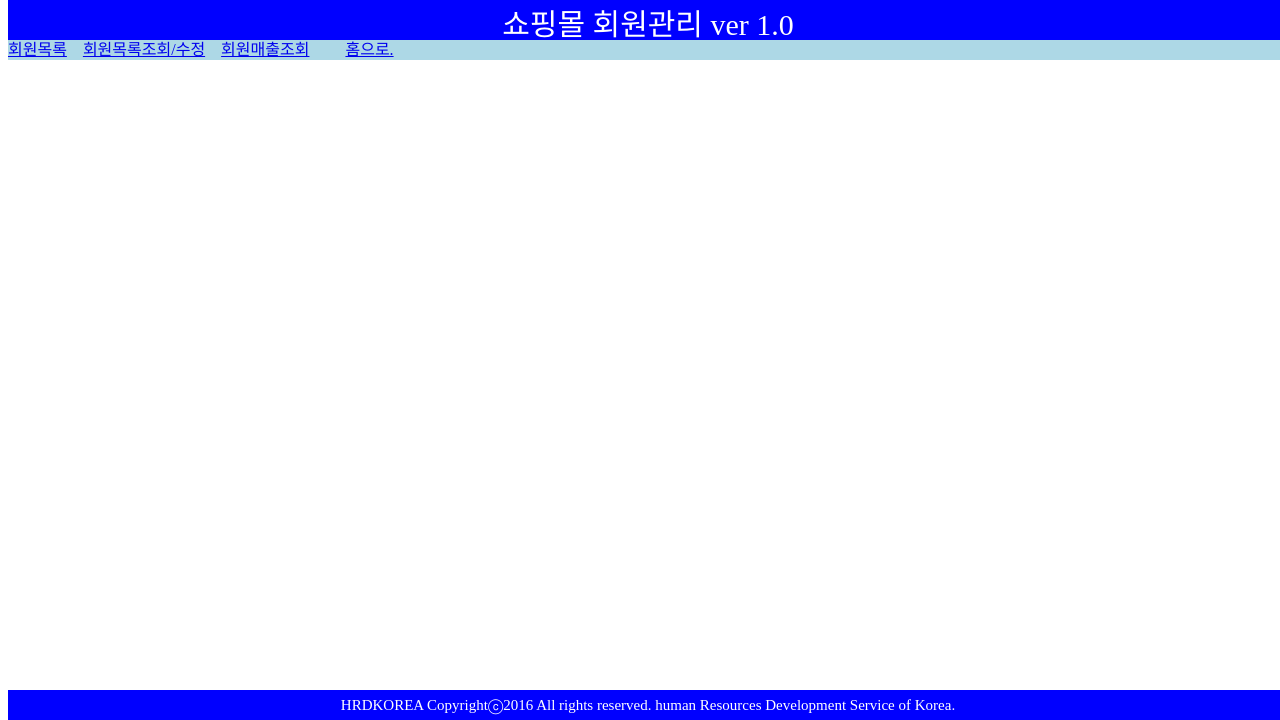
Repository: RnfElwl/youtube_infoT
Page: http://localhost/HRD_30812/modify.jsp
The author's editor kept a copy of each file at every save. The page is drawn from the files as they stood at one save, then again after the next save.
The browser window is 1280 px wide. The pictures show the whole page.
The page is served by Tomcat 9. Other server files are loaded and not shown.

Above is the page before, as saved 2022-03-23 15:32:36.

### HRD_30812/src/main/webapp/modify.jsp
<%@ page language="java" contentType="text/html; charset=UTF-8"
    pageEncoding="UTF-8"%>
<!DOCTYPE html>
<html>
<head>
<meta charset="UTF-8">
<title>Insert title here</title>
</head>
<body>
<jsp:include page="header.jsp"/>

<section style="position:fixed; top:60px; width:100%; height:100%">

</section>

<jsp:include page="footer.jsp"/>
</body>
</html>

### HRD_30812/src/main/webapp/header.jsp
<%@ page language="java" contentType="text/html; charset=UTF-8"
    pageEncoding="UTF-8"%>
<!DOCTYPE html>
<html>
<head>
<meta charset="UTF-8">
<title>header</title>
</head>
<body>
<header style="position:fixed; top:0px; width:100%; height:40px;
	background-color:blue; color:white; font-size:30px; text-align:center;
	 line-height:40px '"> 쇼핑몰 회원관리 ver 1.0</header>
	 <nav style="position:fixed; top:40px; width:100%; height:20px;
	background-color:lightblue; color:white; line-height:20px ">
	<a href="join.jsp">회원목록</a> &nbsp;&nbsp;
	<a href="list.jsp">회원목록조회/수정</a> &nbsp;&nbsp;
	<a href="salary.jsp">회원매출조회</a> &nbsp; &nbsp; &nbsp; &nbsp;
	<a href="index.jsp">홈으로.</a>
	</nav>
</body>
</html>

### HRD_30812/src/main/webapp/footer.jsp
<%@ page language="java" contentType="text/html; charset=UTF-8"
    pageEncoding="UTF-8"%>
<!DOCTYPE html>
<html>
<head>
<meta charset="UTF-8">
<title>footer</title>
</head>
<body>
	<footer style="position:fixed; bottom:0px; width:100%; height:30px;
	background-color:blue; color:white; text-align:center; line-height:30px; font-size:15px ">
	 HRDKOREA Copyrightⓒ2016 All rights reserved. human Resources Development Service of Korea.
	 </footer>
</body>
</html>

After the next save:
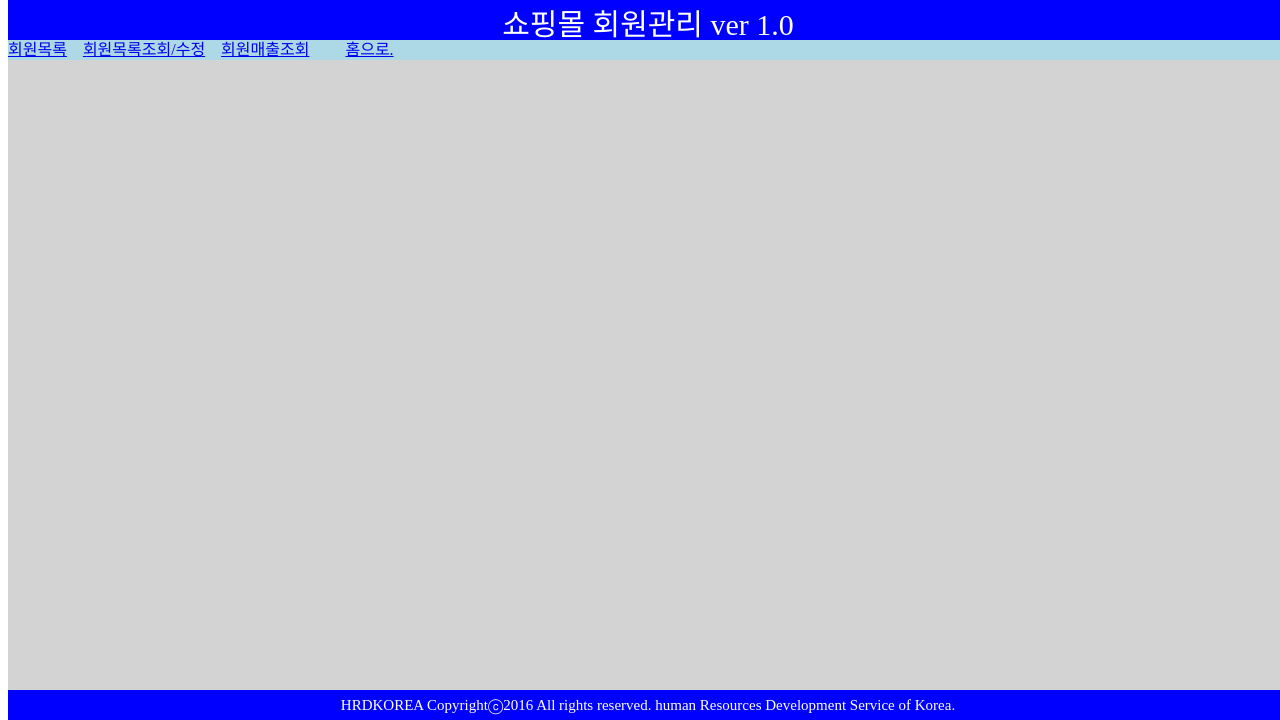
Saved 28 s later.
--- a/HRD_30812/src/main/webapp/modify.jsp
+++ b/HRD_30812/src/main/webapp/modify.jsp
@@ -9,7 +9,8 @@
 <body>
 <jsp:include page="header.jsp"/>
 
-<section style="position:fixed; top:60px; width:100%; height:100%">
+<section style="position:fixed; top:60px; width:100%; height:100%;
+background-color:lightgray">
 
 </section>
 
